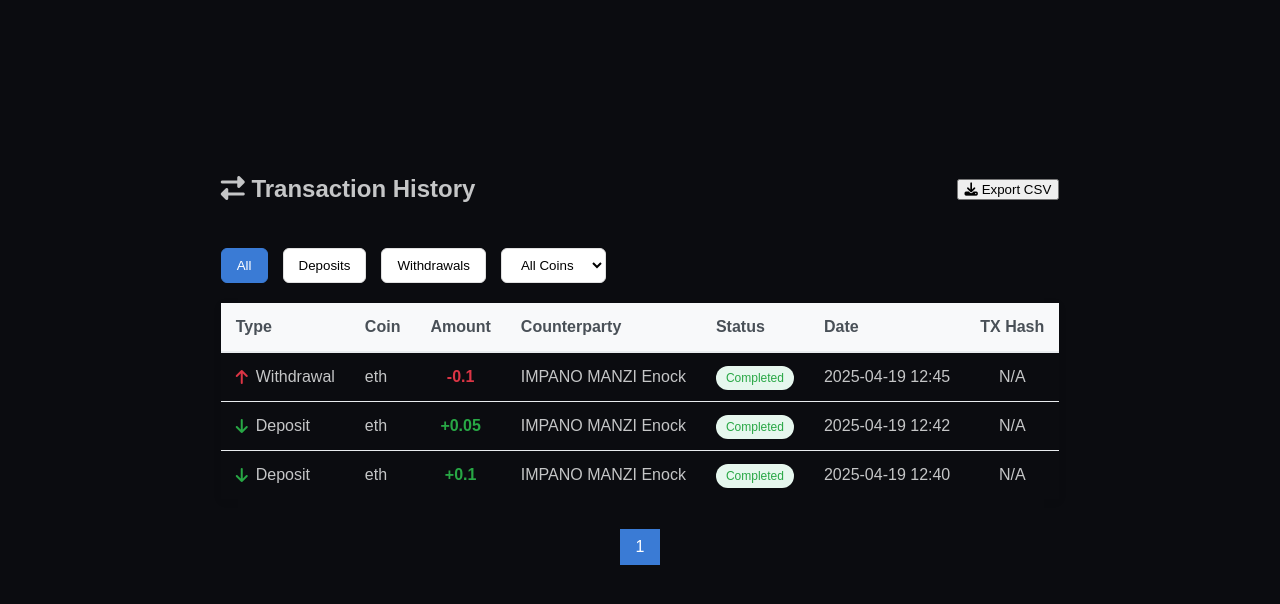
Repository: fredericIT/cypto
Page: http://localhost/account/transactions
The author's editor kept a copy of each file at every save. The page is drawn from the files as they stood at one save, then again after the next save.
The browser window is 1280 px wide. The pictures show the whole page.
The page is served by the project's application, run on Flask 3 (app.py). The user the application loads for id 1 is signed in. Other server files are loaded and not shown. The page reads the database file committed with the project.

Above is the page before, as saved 2025-04-26 22:27:36.

### app.py
from flask import Flask, redirect, url_for,send_from_directory
from db import db
from blueprints.auth import auth_bprt
from blueprints.dashboard import dash_bprt
from blueprints.account import account_bprt
from blueprints.trading import trading_bprt
from blueprints.user import user_bprt
from blueprints.admin import admin_bprt
from db.models import *
from flask_migrate import Migrate
from flask_login import LoginManager
import os


app = Flask(__name__)
app.config.from_object("config.Config")
db.init_app(app)
migrate = Migrate(app, db)
login_manager = LoginManager()
login_manager.init_app(app)
login_manager.login_view = "auth.login"
login_manager.login_message = "Login Required to access this resource."
login_manager.login_message_category = "warning"
app.register_blueprint(auth_bprt)
app.register_blueprint(dash_bprt)
app.register_blueprint(account_bprt)
app.register_blueprint(trading_bprt)
app.register_blueprint(user_bprt)
app.register_blueprint(admin_bprt)


@login_manager.user_loader
def load_user(user_id):
    return User.query.get(int(user_id))

@app.route('/')
def home():
    return redirect(url_for('auth.login'))

@app.route('/favicon.ico')
def favicon():
    return send_from_directory(os.path.join(app.root_path, 'static'),
                               'favicon.jpg', mimetype='image/vnd.microsoft.icon')

if __name__ == '__main__':
    with app.app_context():
        db.create_all()
    app.run(debug=True)

### templates/user/transaction_history.html
<!DOCTYPE html>
<html lang="en">
<head>
    <meta charset="UTF-8">
    <meta name="viewport" content="width=device-width, initial-scale=1.0">
    <title>Transaction History - Coin Base</title>
    <link rel="stylesheet" href="https://cdnjs.cloudflare.com/ajax/libs/font-awesome/6.4.0/css/all.min.css">
    <link rel="stylesheet" href="{{ url_for('static', filename='css/user/profile_kyc.css') }}">
    <style>
        .transaction-history {
            max-width: 1200px;
            margin: 0 auto;
            padding: 20px;
        }
        .transaction-header {
            display: flex;
            justify-content: space-between;
            align-items: center;
            margin-bottom: 25px;
        }
        .transaction-filters {
            display: flex;
            gap: 15px;
            margin-bottom: 20px;
        }
        .filter-btn {
            padding: 8px 15px;
            border-radius: 6px;
            border: 1px solid #e0e0e0;
            background: white;
            cursor: pointer;
            transition: all 0.3s;
        }
        .filter-btn.active {
            background: #3a7bd5;
            color: white;
            border-color: #3a7bd5;
        }
        .transaction-table {
            width: 100%;
            border-collapse: collapse;
            box-shadow: 0 2px 10px rgba(0,0,0,0.05);
        }
        .transaction-table th {
            text-align: left;
            padding: 15px;
            background: #f8f9fa;
            font-weight: 600;
            color: #495057;
            border-bottom: 2px solid #e9ecef;
        }
        .transaction-table td {
            padding: 15px;
            border-bottom: 1px solid #e9ecef;
            vertical-align: middle;
        }
        .transaction-table tr:last-child td {
            border-bottom: none;
        }
        .transaction-table tr:hover {
            background-color: #f8f9fa;
        }
        .tx-type {
            display: flex;
            align-items: center;
            gap: 8px;
            font-weight: 500;
        }
        .tx-amount {
            font-weight: 600;
        }
        .tx-amount.incoming {
            color: #28a745;
        }
        .tx-amount.outgoing {
            color: #dc3545;
        }
        .status-badge {
            padding: 5px 10px;
            border-radius: 12px;
            font-size: 12px;
            font-weight: 500;
        }
        .status-completed {
            background: #e6f7ee;
            color: #28a745;
        }
        .status-pending {
            background: #fff8e6;
            color: #ffc107;
        }
        .status-failed {
            background: #feeae9;
            color: #dc3545;
        }
        .tx-hash {
            color: #3a7bd5;
            text-decoration: none;
            font-family: monospace;
        }
        .tx-hash:hover {
            text-decoration: underline;
        }
        .no-transactions {
            text-align: center;
            padding: 40px;
            color: #6c757d;
            background: #f8f9fa;
            border-radius: 8px;
        }
        .pagination {
            display: flex;
            justify-content: center;
            margin-top: 30px;
            gap: 5px;
        }
        .pagination a, .pagination span {
            padding: 8px 15px;
            border: 1px solid #dee2e6;
            color: #3a7bd5;
            text-decoration: none;
        }
        .pagination .active {
            background: #3a7bd5;
            color: white;
            border-color: #3a7bd5;
        }
        .coin-icon {
            width: 24px;
            height: 24px;
        }
    </style>
</head>
<body>
    <div class="transaction-history">
        <div class="transaction-header">
            <h2><i class="fas fa-exchange-alt"></i> Transaction History</h2>
            <div>
                <button class="btn btn-primary">
                    <i class="fas fa-download"></i> Export CSV
                </button>
            </div>
        </div>

        <div class="transaction-filters">
            <button class="filter-btn active">All</button>
            <button class="filter-btn">Deposits</button>
            <button class="filter-btn">Withdrawals</button>
            <select class="filter-btn">
                <option>All Coins</option>
                <option>BTC</option>
                <option>ETH</option>
                <option>USDT</option>
                <option>BNB</option>
            </select>
        </div>

        {% if transactions %}
        <div class="table-responsive">
            <table class="transaction-table">
                <thead>
                    <tr>
                        <th>Type</th>
                        <th>Coin</th>
                        <th>Amount</th>
                        <th>Counterparty</th>
                        <th>Status</th>
                        <th>Date</th>
                        <th>TX Hash</th>
                    </tr>
                </thead>
                <tbody>
                    {% for tx in transactions %}
                    <tr>
                        <td>
                            <div class="tx-type">
                                {% if tx.is_incoming %}
                                    <i class="fas fa-arrow-down" style="color: #28a745;"></i> Deposit
                                {% else %}
                                    <i class="fas fa-arrow-up" style="color: #dc3545;"></i> Withdrawal
                                {% endif %}
                            </div>
                        </td>
                        <td>
                            <div style="display: flex; align-items: center; gap: 8px;">

                                {{ tx.coin }}
                            </div>
                        </td>
                        <td class="tx-amount {% if tx.is_incoming %}incoming{% else %}outgoing{% endif %}">
                            {% if tx.is_incoming %}+{% else %}-{% endif %}{{ tx.amount }}
                        </td>
                        <td>{{ tx.counterparty }}</td>
                        <td>
                            <span class="status-badge status-{{ tx.status|lower }}">
                                {{ tx.status }}
                            </span>
                        </td>
                        <td>{{ tx.date }}</td>
                        <td>
                            {% if tx.tx_hash %}
                            <a href="#" class="tx-hash" title="View on blockchain explorer">
                                {{ tx.tx_hash|truncate(10, True, '...') }}
                            </a>
                            {% else %}
                            N/A
                            {% endif %}
                        </td>
                    </tr>
                    {% endfor %}
                </tbody>
            </table>
        </div>

        {% if pagination %}
        <div class="pagination">
            {% if pagination.has_prev %}
                <a href="{{ url_for('account.transactions', page=pagination.prev_num) }}">&laquo; Previous</a>
            {% endif %}

            {% for page_num in pagination.iter_pages(left_edge=1, right_edge=1, left_current=2, right_current=2) %}
                {% if page_num %}
                    {% if pagination.page == page_num %}
                        <span class="active">{{ page_num }}</span>
                    {% else %}
                        <a href="{{ url_for('account.transactions', page=page_num) }}">{{ page_num }}</a>
                    {% endif %}
                {% else %}
                    <span>...</span>
                {% endif %}
            {% endfor %}

            {% if pagination.has_next %}
                <a href="{{ url_for('account.transactions', page=pagination.next_num) }}">Next &raquo;</a>
            {% endif %}
        </div>
        {% endif %}

        {% else %}
        <div class="no-transactions">
            <i class="fas fa-exchange-alt" style="font-size: 48px; margin-bottom: 15px;"></i>
            <h3>No transactions yet</h3>
            <p>Your transaction history will appear here once you make your first deposit or withdrawal.</p>
        </div>
        {% endif %}
    </div>

    <script>

        document.querySelectorAll('.filter-btn').forEach(btn => {
            btn.addEventListener('click', function() {
                document.querySelectorAll('.filter-btn').forEach(b => b.classList.remove('active'));
                this.classList.add('active');

            });
        });


        document.querySelectorAll('.tx-hash').forEach(el => {
            el.addEventListener('click', function(e) {
                e.preventDefault();

                alert('Would open blockchain explorer for: ' + this.textContent);
            });
        });
    </script>
</body>
</html>

### blueprints/account.py
from flask import Blueprint, redirect,url_for,render_template, request, session, flash

from flask_login import login_required,current_user
from app_types import Coins
from db.models import User,Account,BNBWallet,BTCWallet,USDTWallet, ETHWallet,Transaction
from datetime import  datetime
from db import db
from flask_login import current_user
from error_handler.db import handle_sqlalchemy_error
from decimal import Decimal
from sqlalchemy import or_
account_bprt= Blueprint("account",__name__, url_prefix="/account")


@account_bprt.route('/deposit')
@login_required
def deposit():
    btc= BTCWallet.query.filter_by(user_id=current_user.id).first()
    eth= ETHWallet.query.filter_by(user_id=current_user.id).first()
    usdt= USDTWallet.query.filter_by(user_id=current_user.id).first()
    bnb= BNBWallet.query.filter_by(user_id=current_user.id).first()

    session.pop('_flashes', None)
    return render_template('user/deposit.html', addresses=[
        {'coin': 'BTC', 'address': btc.deposit if btc else None},
        {'coin': 'ETH', 'address': eth.deposit if eth else None},
        {'coin': 'USDT', 'address': usdt.deposit if usdt else None},
        {'coin': 'BNB', 'address': bnb.deposit if bnb else None}
    ])

@account_bprt.route('/withdraw', methods=['GET', 'POST'])
@login_required
@handle_sqlalchemy_error('account.withdraw')
def withdraw():
    session.pop('_flashes', None)
    if request.method == 'POST':
        try:

            withdraw_address = request.form['withdraw_address'].strip()
            coin = request.form['coin']
            amount = Decimal(request.form['amount'])
            withdraw_password = request.form['withdraw_password'].strip()

            coin_enum = Coins(coin)


            wallet_models = {
                Coins.BTC: (BTCWallet, 'BTC'),
                Coins.ETH: (ETHWallet, 'ETH'),
                Coins.BNB: (BNBWallet, 'BNB'),
                Coins.USDT: (USDTWallet, 'USDT')
            }
            WalletModel, coin_attr = wallet_models[coin_enum]


            sender_balance = Decimal(str(getattr(current_user.account, coin_attr, 0)))
            if sender_balance < amount:
                flash(f'Insufficient {coin_enum.value} balance', 'danger')
                return redirect(url_for('account.withdraw'))

            if withdraw_password != current_user.withdraw_password:
                flash('Invalid withdrawal password', 'danger')
                return redirect(url_for('account.withdraw'))

            receiver_wallet = WalletModel.query.filter_by(deposit=withdraw_address).first()
            if receiver_wallet.user.id==current_user.id:
                flash('You can\'t send  crypto to yourself', 'danger')
                return redirect(url_for('account.withdraw'))

            if not receiver_wallet:
                flash('Receiver wallet not found', 'danger')
                return redirect(url_for('account.withdraw'))

            receiver_user = receiver_wallet.user

            try:
                setattr(current_user.account, coin_attr, sender_balance - amount)

                receiver_account = receiver_user.account
                receiver_balance = Decimal(str(getattr(receiver_account, coin_attr, 0)))
                setattr(receiver_account, coin_attr, receiver_balance + amount)

                transaction = Transaction(
                    sender_id=current_user.id,
                    receiver_id=receiver_user.id,
                    amount=amount,
                    coin=coin_enum,
                    status='completed',
                    completed_at=datetime.utcnow()
                )
                db.session.add(transaction)

                db.session.commit()

                flash(f'Successfully sent {amount} {coin_enum.value}! Transaction ID: {transaction.id}', 'success')
                return redirect(url_for('account.withdraw'))

            except Exception as e:
                db.session.rollback()
                flash(f'Transfer failed: {str(e)}', 'danger')
                return redirect(url_for('account.withdraw'))

        except ValueError as e:
            flash(f'Invalid input: {str(e)}', 'danger')
            return redirect(url_for('account.withdraw'))

    return render_template('user/withdraw.html', coins=Coins)


@account_bprt.route('/transactions')
@login_required
def transactions():
    session.pop('_flashes', None)
    page = request.args.get('page', 1, type=int)
    per_page = 10  # Transactions per page

    # Query both sent and received transactions
    user_transactions = Transaction.query.filter(
        or_(
            Transaction.sender_id == current_user.id,
            Transaction.receiver_id == current_user.id
        )
    ).order_by(
        Transaction.created_at.desc()
    ).paginate(page=page, per_page=per_page, error_out=False)


    formatted_transactions = []
    for tx in user_transactions.items:

        if tx.sender_id == current_user.id:
            tx_type = "Withdrawal"
            counterparty = tx.receiver.full_name if tx.receiver else "External"
        else:
            tx_type = "Deposit"
            counterparty = tx.sender.full_name if tx.sender else "External"

        formatted_transactions.append({
            "id": tx.id,
            "type": tx_type,
            "coin": tx.coin.value,  #
            "amount": format(tx.amount, '.8f').rstrip('0').rstrip('.') if '.' in format(tx.amount, '.8f') else format(tx.amount, '.8f'),
            "counterparty": counterparty,
            "status": tx.status.capitalize(),
            "date": tx.created_at.strftime("%Y-%m-%d %H:%M"),
            "tx_hash": tx.tx_hash,
            "is_incoming": tx.receiver_id == current_user.id
        })

    return render_template(
        'user/transaction_history.html',
        transactions=formatted_transactions,
        pagination=user_transactions
    )

### static/css/user/profile_kyc.css

body {
    background-color: #0b0c10;
    color: #c5c6c7;
    font-family: 'Orbitron', sans-serif;
    margin: 0;
    padding: 0;
    min-height: 100vh;
    display: flex;
    justify-content: center;
    align-items: center;
}

.container {
    background-color: #1f2833;
    padding: 30px;
    border-radius: 15px;
    box-shadow: 0px 0px 15px #45a29e;
    width: 90%;
    max-width: 500px;
}

.container h2 {
    text-align: center;
    color: #66fcf1;
    margin-bottom: 25px;
}

.form-group {
    margin-bottom: 20px;
}

.form-group label {
    display: block;
    color: #c5c6c7;
    font-size: 14px;
    margin-bottom: 5px;
}

.form-group input, .form-group select {
    width: 100%;
    padding: 10px;
    background-color: #0b0c10;
    border: 1px solid #66fcf1;
    border-radius: 8px;
    color: #c5c6c7;
    font-size: 14px;
}

.submit-btn {
    width: 100%;
    background-color: #45a29e;
    color: #0b0c10;
    border: none;
    padding: 12px;
    border-radius: 8px;
    font-weight: bold;
    font-size: 16px;
    margin-top: 10px;
    cursor: pointer;
    transition: background 0.3s;
}

.submit-btn:hover {
    background-color: #66fcf1;
}

.note {
    font-size: 12px;
    color: #888;
    text-align: center;
    margin-top: 10px;
}

input[type="file"] {
    padding: 10px;
}
.flash-messages {
    margin-bottom: 20px;
}

.flash {
    padding: 12px;
    border-radius: 8px;
    margin-bottom: 10px;
    text-align: center;
    font-weight: bold;
}

.flash.success {
    background-color: #45a29e;
    color: #0b0c10;
}

.transaction-table {
    width: 100%;
    border-collapse: collapse;
    margin-top: 20px;
}

.transaction-table th, .transaction-table td {
    padding: 12px;
    text-align: center;
    border-bottom: 1px solid #444;
}

.transaction-table th {
    background-color: #222;
    color: #00ff99;
    font-weight: bold;
}

.transaction-table tr:hover {
    background-color: #333;
}
.notification-list {
    list-style: none;
    padding: 0;
    margin-top: 20px;
}

.notification-item {
    background-color: #222;
    margin-bottom: 10px;
    padding: 15px;
    border-radius: 10px;
    border-left: 5px solid #00ff99;
}

.notification-item.success {
    border-color: #28a745;
}

.notification-item.info {
    border-color: #17a2b8;
}

### instance/crypto.db (the tables this page reads, as SQL)
CREATE TABLE transactions (
	id INTEGER NOT NULL, 
	sender_id INTEGER NOT NULL, 
	receiver_id INTEGER NOT NULL, 
	amount NUMERIC(18, 8) NOT NULL, 
	coin VARCHAR(4) NOT NULL, 
	status VARCHAR(20) NOT NULL, 
	tx_hash VARCHAR(255), 
	network_fee NUMERIC(18, 8), 
	created_at DATETIME, 
	completed_at DATETIME, 
	PRIMARY KEY (id), 
	FOREIGN KEY(sender_id) REFERENCES users (id), 
	FOREIGN KEY(receiver_id) REFERENCES users (id)
);
INSERT INTO "transactions" VALUES
(1, 3, 1, 0.1, 'ETH', 'completed', NULL, NULL, '2025-04-19 12:40:06.368763', '2025-04-19 12:40:06.365356'),
(2, 3, 1, 0.05, 'ETH', 'completed', NULL, NULL, '2025-04-19 12:42:18.912814', '2025-04-19 12:42:18.906807'),
(3, 1, 3, 0.1, 'ETH', 'completed', NULL, NULL, '2025-04-19 12:45:56.159554', '2025-04-19 12:45:56.158495'),
(4, 4, 3, 10, 'BTC', 'completed', NULL, NULL, '2025-04-19 12:58:27.529415', '2025-04-19 12:58:27.527410'),
(5, 4, 3, 10, 'USDT', 'completed', NULL, NULL, '2025-04-19 13:00:12.882303', '2025-04-19 13:00:12.882303'),
(6, 4, 3, 10, 'BNB', 'completed', NULL, NULL, '2025-04-19 13:00:41.006047', '2025-04-19 13:00:41.006047'),
(7, 2, 2, 0.012, 'ETH', 'completed', NULL, NULL, '2025-04-22 19:53:47.198358', '2025-04-22 19:53:47.194531'),
(8, 2, 2, 0.1, 'ETH', 'completed', NULL, NULL, '2025-04-22 19:56:44.047921', '2025-04-22 19:56:44.039861'),
(9, 2, 2, 0.1, 'ETH', 'completed', NULL, NULL, '2025-04-22 20:00:00.747579', '2025-04-22 20:00:00.737116'),
(10, 2, 2, 0.001, 'ETH', 'completed', NULL, NULL, '2025-04-22 20:08:33.476278', '2025-04-22 20:08:33.467268'),
(11, 3, 3, 0.1, 'ETH', 'completed', NULL, NULL, '2025-04-22 20:23:02.144738', '2025-04-22 20:23:02.130100');

CREATE TABLE users (
	id INTEGER NOT NULL, 
	full_name VARCHAR(255) NOT NULL, 
	email VARCHAR(255) NOT NULL, 
	password VARCHAR(255) NOT NULL, 
	withdraw_password VARCHAR(255) NOT NULL, 
	role VARCHAR(5) NOT NULL, 
	created_at DATETIME, 
	updated_at DATETIME, 
	PRIMARY KEY (id), 
	UNIQUE (email)
);
INSERT INTO "users" VALUES
(1, 'IMPANO MANZI Enock', 'impano@gmail.com', '$2b$12$dsxef/yKv1Y3ThXO8k0/auWa1an.eT/jdmWgg/BMq/1WrfeaMOs8a', 'password', 'USER', '2025-04-19 11:22:07.609504', '2025-04-19 11:22:07.609504'),
(2, 'IMPANO MANZI Enock', 'impanomanzienock@gmail.com', '$2b$12$LNk7kyQumZQot6g9v9kQSuC6C1VI/hup4Imqkn4eO62GUQLevlJE6', 'password', 'USER', '2025-04-19 11:27:35.693135', '2025-04-19 11:27:35.693135'),
(3, 'IMPANO MANZI Enock', 'impanodeveloper@proton.me', '$2b$12$fbfIvc0M9otsboA4sX65PeLFmyP6qRQaXx3gmTw8d5fgNe.L/wlTK', 'password', 'USER', '2025-04-19 12:39:34.203570', '2025-04-19 12:39:34.203570'),
(4, 'Manzi Enock', 'manzienock@gmail.com', '$2b$12$JwN4pu1grxZlwU/PoPNeTe4r/yXaO4t9Org1rTGTxsft21C7VSpBi', 'password', 'USER', '2025-04-19 12:57:32.763187', '2025-04-19 12:57:32.763187');

After the next save:
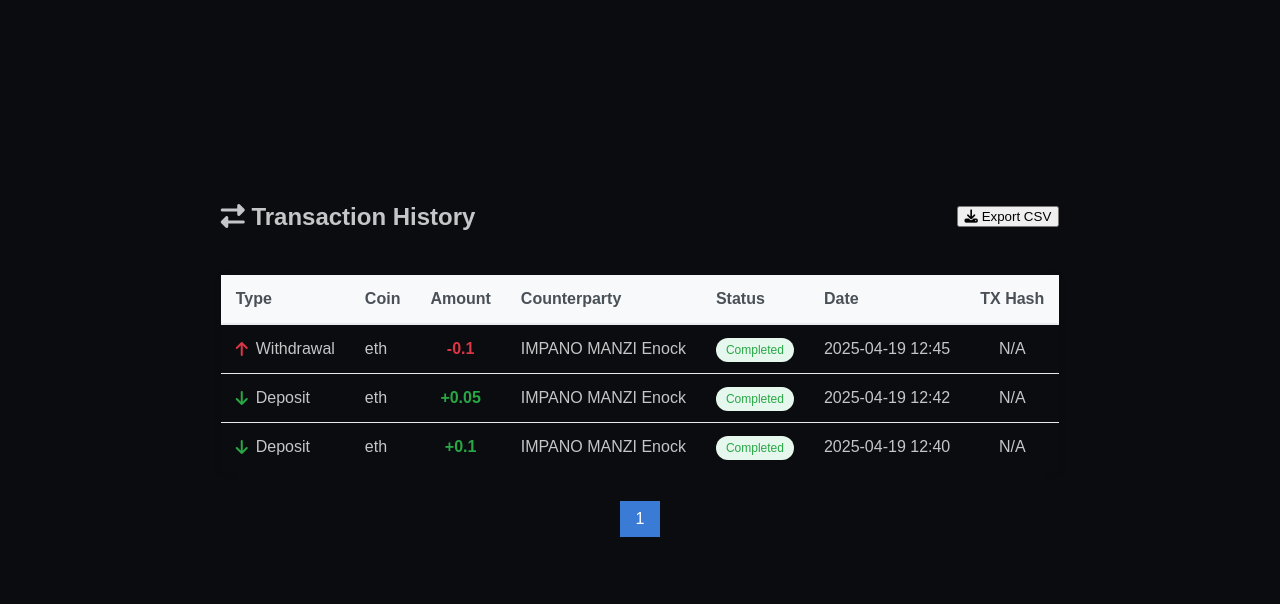
Saved 77 s later.
--- a/templates/user/transaction_history.html
+++ b/templates/user/transaction_history.html
@@ -142,7 +142,7 @@
             </div>
         </div>
 
-        <div class="transaction-filters">
+        <!-- <div class="transaction-filters">
             <button class="filter-btn active">All</button>
             <button class="filter-btn">Deposits</button>
             <button class="filter-btn">Withdrawals</button>
@@ -153,7 +153,7 @@
                 <option>USDT</option>
                 <option>BNB</option>
             </select>
-        </div>
+        </div> -->
 
         {% if transactions %}
         <div class="table-responsive">
